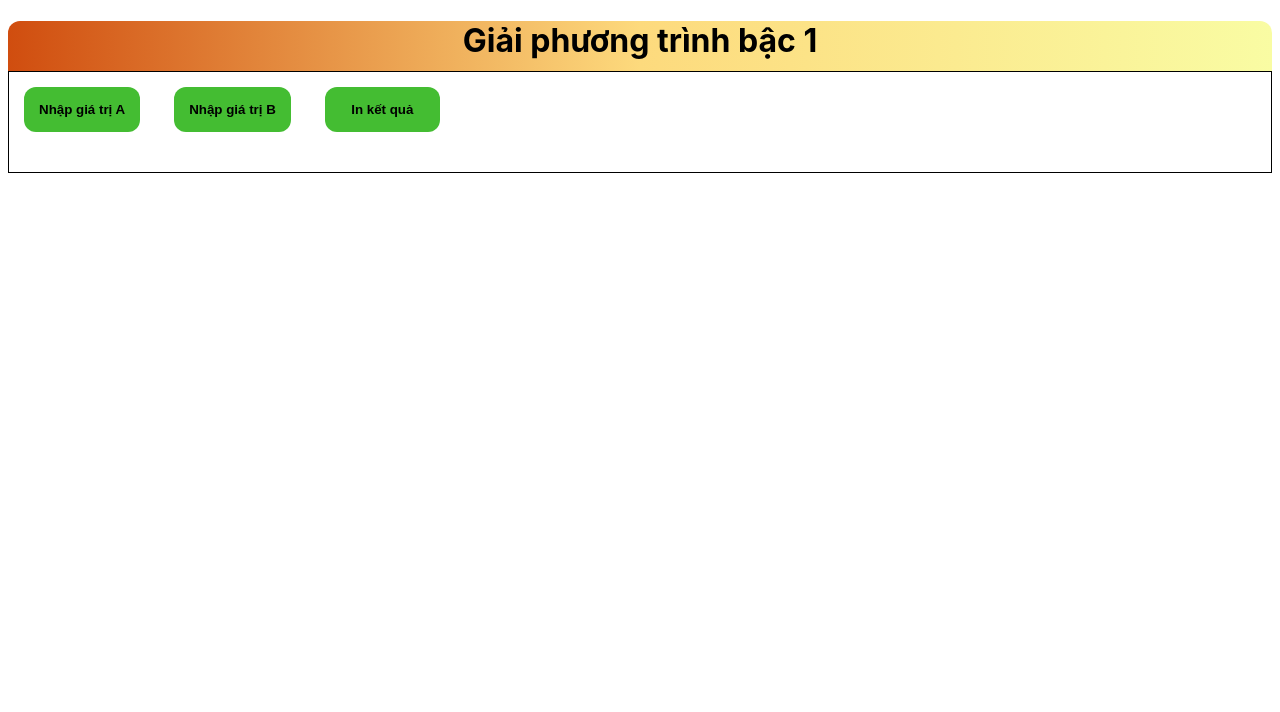
Repository: AnhDuc0125/HTML-Aptech
Page: bt2018/index.html
These files come from the project's save history. The page is drawn as it stood at one moment and after the next save; the edit follows.
The browser window is 1280 px wide. The pictures show the whole page.

Above is the page before, as saved 2021-11-26 21:55:05.

### bt2018/index.html
<!DOCTYPE html>
<html lang="en">
<head>
    <meta charset="UTF-8">
    <meta http-equiv="X-UA-Compatible" content="IE=edge">
    <meta name="viewport" content="width=device-width, initial-scale=1.0">
    <title>Giải phương trình bậc 1</title>
    <style>
        .title {
            height: 50px;
            width: 100%;
            background-image: linear-gradient(to right, #d04d0f, #fdda7d, #f9fca3);
            font-family: -apple-system, BlinkMacSystemFont, 'Segoe UI', Roboto, Oxygen, Ubuntu, Cantarell, 'Open Sans', 'Helvetica Neue', sans-serif;
            font-weight: 600;
            align-items: center;
            text-align: center;
            border-radius: 12px 12px 0 0;
        }

        .boxed {
            height: 100px;
            border: 1px solid black;
            margin: 0 auto;
            position: flex;
            align-items: center;
        }

        .button-container {
            width: 500px;
            margin: 0 auto;
        }

        button {
            display: inline-block;
            padding: 15px;
            margin: 15px;
            min-width: 115px;
            background-color: #44bd32;
            border: none;
            font-weight: bolder;
            border-radius: 12px;
        }

        button:hover {
            cursor: pointer;
        }
    </style>
</head>
<body>
    <div class="title">
        <h1>Giải phương trình bậc 1</h1>
    </div>
    <div class="boxed">
        <div class="botton-container">
            <button onclick="value_a()">Nhập giá trị A</button>
            <button onclick="value_b()">Nhập giá trị B</button>
            <button onclick="print()">In kết quả</button>
        </div>
    </div>
    <script>
        var a;
        var b;
        var result;
        function value_a(){
            a = prompt('Nhap gia tri a:');
        }

        function value_b(){
            b = prompt('Nhap gia tri b:');
        }

        function print(){
            result = -b / a;
            alert(result);
        }
    </script>
</body>
</html>

After the next save:
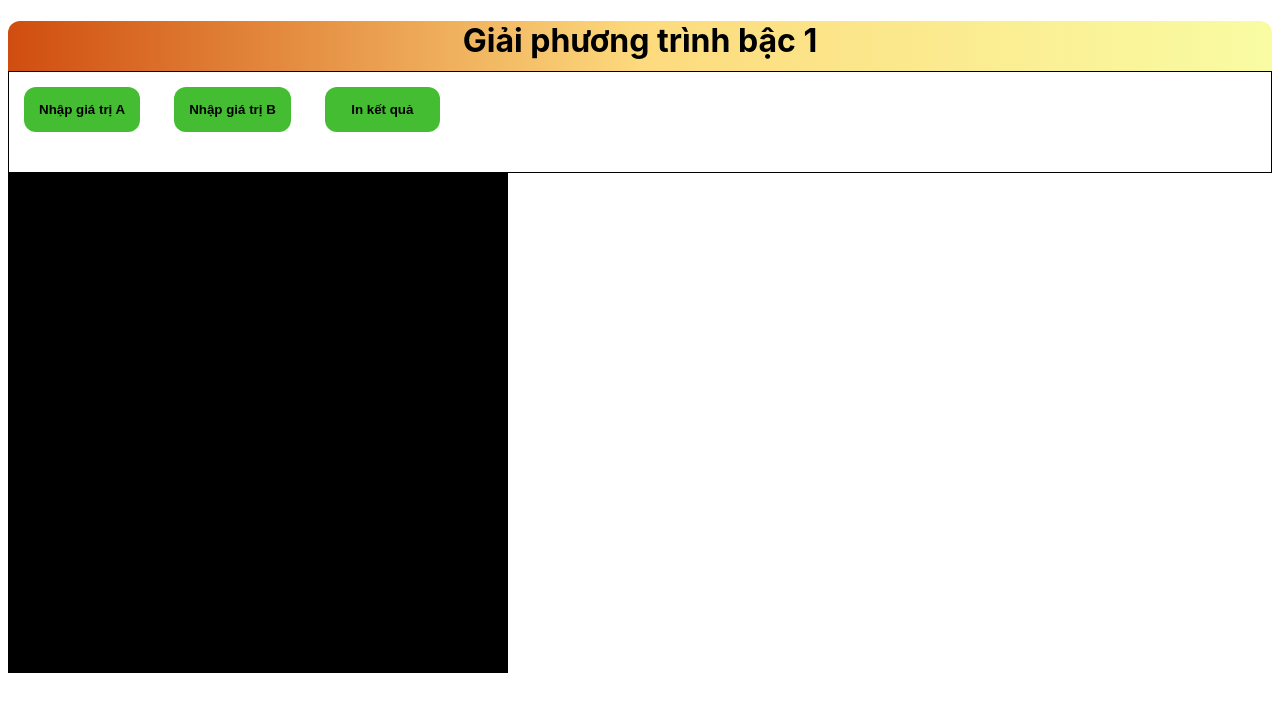
Saved 2 min 10 s later.
--- a/bt2018/index.html
+++ b/bt2018/index.html
@@ -23,6 +23,12 @@
             margin: 0 auto;
             position: flex;
             align-items: center;
+        }
+
+        .boxed1 {
+            height: 500px;
+            width: 500px;
+            background-color: black;
         }
 
         .button-container {
@@ -57,6 +63,9 @@
             <button onclick="print()">In kết quả</button>
         </div>
     </div>
+    <div class="boxed1">
+
+    </div>
     <script>
         var a;
         var b;

After the save that followed:
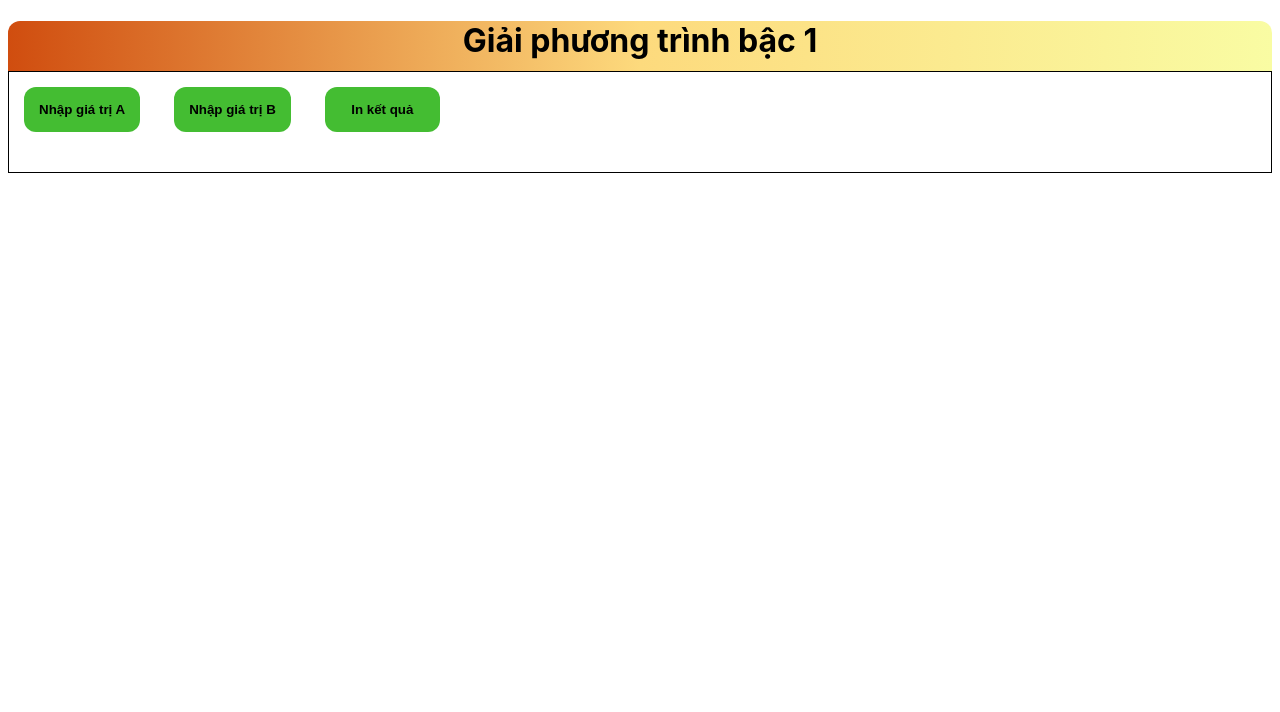
Saved 18 s later.
--- a/bt2018/index.html
+++ b/bt2018/index.html
@@ -26,14 +26,13 @@
         }
 
         .boxed1 {
+
+        }
+
+        .button-container {
             height: 500px;
             width: 500px;
             background-color: black;
-        }
-
-        .button-container {
-            width: 500px;
-            margin: 0 auto;
         }
 
         button {
